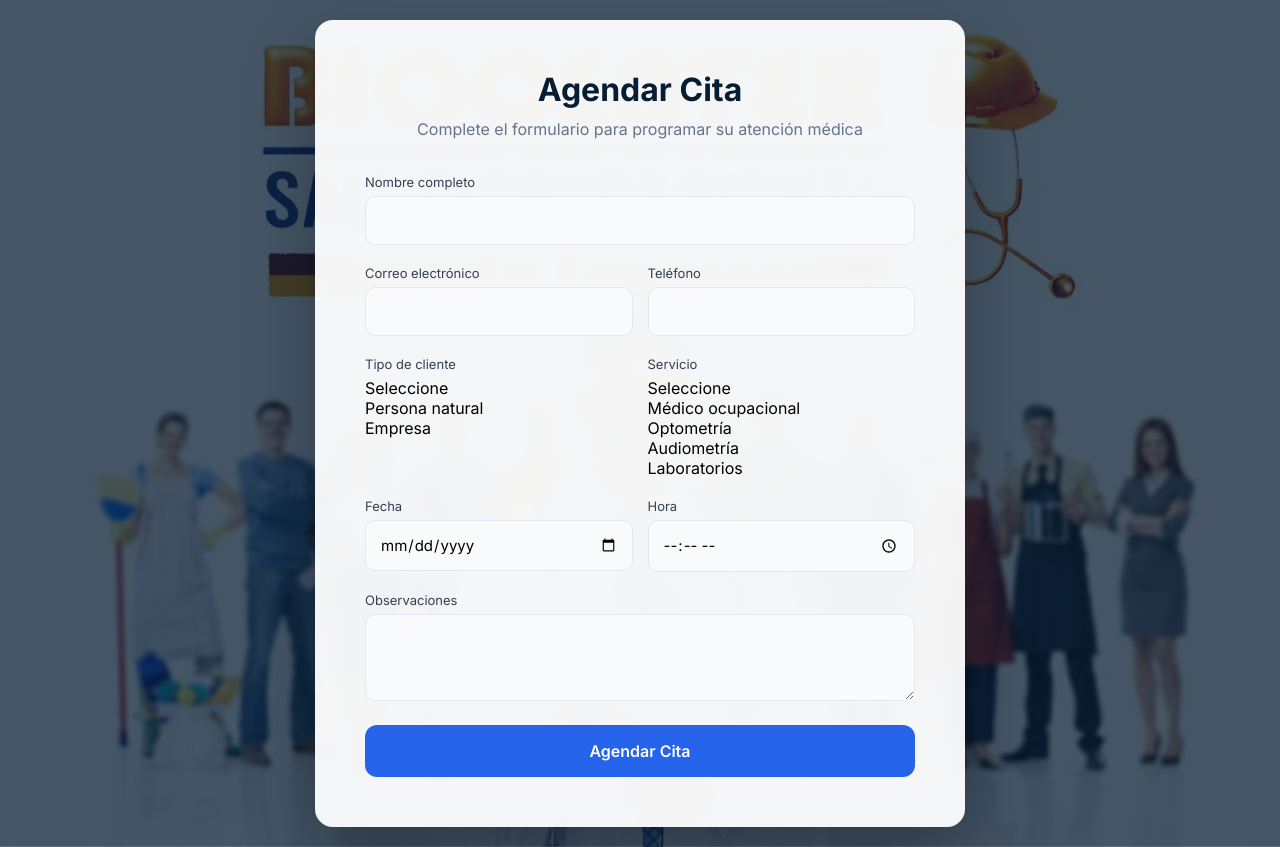
Repository: Miguelperdomo/Biocenter
Page: http://localhost/public_html/formulario.php
The author's editor kept a copy of each file at every save. The page is drawn from the files as they stood at one save, then again after the next save.
The browser window is 1280 px wide. The pictures show the whole page.
The page is run by PHP 8.4 with error messages shown; the project is at /var/www/html/.

Above is the page before, as saved 2026-02-17 12:19:42.

### formulario.php
<!DOCTYPE html>
<html lang="es">
<head>
<meta charset="UTF-8">
<meta name="viewport" content="width=device-width, initial-scale=1.0">
<title>Agendar Cita | Biocenter</title>

<link href="https://fonts.googleapis.com/css2?family=Inter:wght@300;400;600;700&display=swap" rel="stylesheet">

<style>

*{
    margin:0;
    padding:0;
    box-sizing:border-box;
    font-family:'Inter', sans-serif;
}

/* ===== BODY RESPONSIVE ===== */
body{
    min-height:100vh;
    display:flex;
    justify-content:center;
    align-items:center;
    padding:20px;

    background:
        linear-gradient(rgba(7,29,51,0.75), rgba(7,29,51,0.75)),
        url("./imagenes/imagen-nosotros1.jpeg");

    background-size:cover;
    background-position:center;
    background-repeat:no-repeat;
}

/* ===== TARJETA ===== */
.card{
    width:100%;
    max-width:650px;
    padding:50px;
    border-radius:18px;

    background:rgba(255,255,255,0.95);
    backdrop-filter:blur(6px);

    box-shadow:0 30px 70px rgba(0,0,0,.3);
}

/* ===== TITULOS ===== */
.card h1{
    text-align:center;
    margin-bottom:10px;
    color:#071d33;
}

.subtitle{
    text-align:center;
    margin-bottom:35px;
    color:#64748b;
}

/* ===== INPUTS ===== */
.input-group{
    margin-bottom:20px;
}

.input-group label{
    display:block;
    font-size:13px;
    margin-bottom:6px;
    color:#334155;
}

.input-group input,
.input-group select,
.input-group textarea{
    width:100%;
    padding:14px;
    border-radius:10px;
    border:1px solid #e2e8f0;
    background:#f8fafc;
    font-size:15px;
    transition:.3s;
}

.input-group input:focus,
.input-group select:focus{
    background:white;
    border-color:#2563eb;
    outline:none;
    box-shadow:0 0 0 3px rgba(37,99,235,.2);
}

/* ===== GRID ===== */
.grid{
    display:grid;
    grid-template-columns:1fr 1fr;
    gap:15px;
}

/* ===== BOTÓN ===== */
.btn{
    width:100%;
    padding:16px;
    border:none;
    border-radius:12px;
    background:#2563eb;
    color:white;
    font-size:16px;
    font-weight:600;
    cursor:pointer;
    transition:.3s;
}

.btn:hover{
    background:#1d4ed8;
    transform:translateY(-2px);
}

/* ===== RESPONSIVE ===== */
@media(max-width:768px){

    body{
        align-items:flex-start;
        padding-top:40px;
    }

    .card{
        padding:30px 20px;
    }

    .grid{
        grid-template-columns:1fr;
    }

}

</style>
</head>

<body>

<div class="card">

<h1>Agendar Cita</h1>
<p class="subtitle">Complete el formulario para programar su atención médica</p>

<form action="guardar_cita.php" method="POST">

<div class="input-group">
<label>Nombre completo</label>
<input type="text" name="nombre" required>
</div>

<div class="grid">

<div class="input-group">
<label>Correo electrónico</label>
<input type="email" name="correo" required>
</div>

<div class="input-group">
<label>Teléfono</label>
<input type="text" name="telefono" required>
</div>

</div>

<div class="grid">

<div class="input-group">
<label>Tipo de cliente</label>

<div class="custom-select" id="clienteSelect">
    <div class="select-box">Seleccione</div>

    <div class="options">
        <div data-value="Persona natural">Persona natural</div>
        <div data-value="Empresa">Empresa</div>
    </div>

    <input type="hidden" name="tipo_cliente">
</div>
</div>


<div class="input-group">
<label>Servicio</label>

<div class="custom-select" id="servicioSelect">
    <div class="select-box">Seleccione</div>

    <div class="options">
        <div data-value="Medico ocupacional">Médico ocupacional</div>
        <div data-value="Optometria">Optometría</div>
        <div data-value="Audiometria">Audiometría</div>
        <div data-value="Laboratorios">Laboratorios</div>
    </div>

    <input type="hidden" name="servicio">
</div>
</div>


</div>

<div class="grid">

<div class="input-group">
<label>Fecha</label>
<input type="date" name="fecha" required>
</div>

<div class="input-group">
<label>Hora</label>
<input type="time" name="hora" required>
</div>

</div>

<div class="input-group">
<label>Observaciones</label>
<textarea name="observaciones" rows="3"></textarea>
</div>

<button class="btn">Agendar Cita</button>

</form>

</div>

</body>
</html>

After the next save:
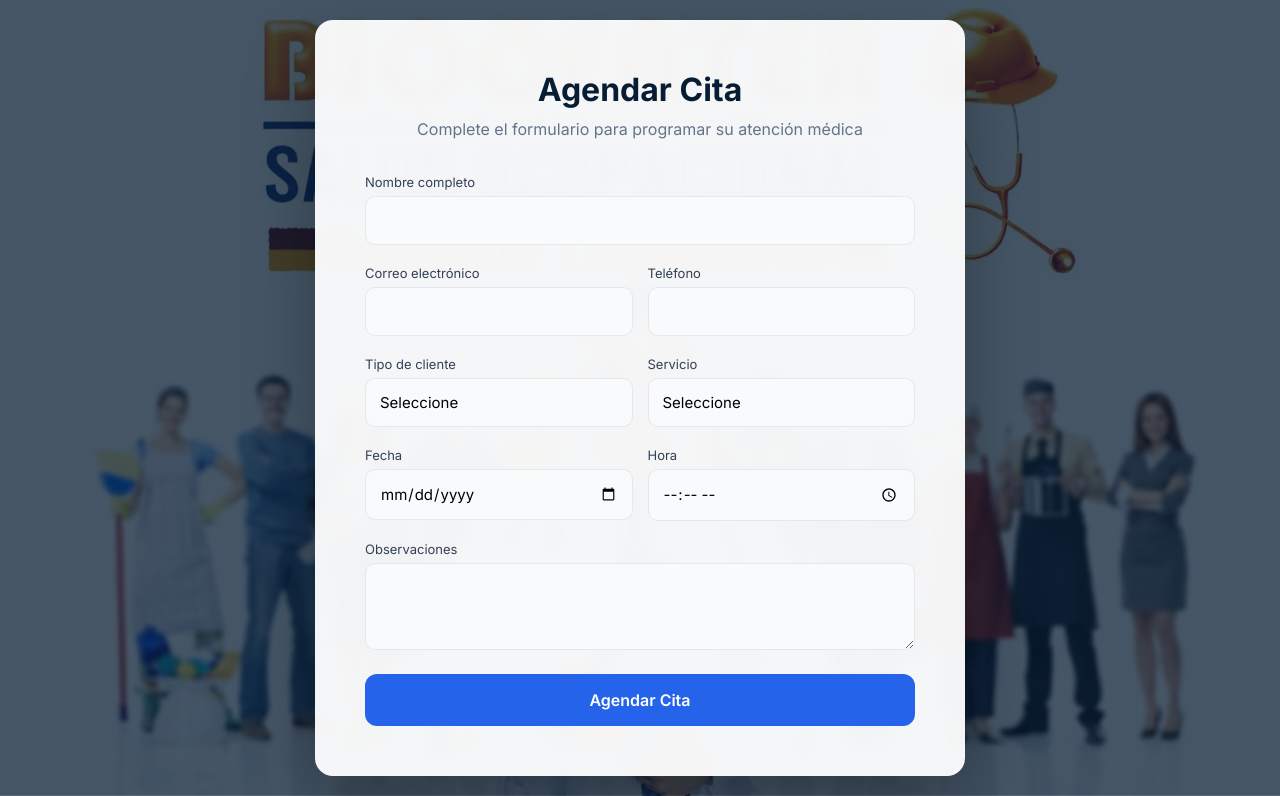
Saved 14 s later.
--- a/formulario.php
+++ b/formulario.php
@@ -117,6 +117,43 @@ body{
     transform:translateY(-2px);
 }
 
+.custom-select{
+    position:relative;
+    cursor:pointer;
+}
+
+.select-box{
+    padding:14px;
+    border-radius:10px;
+    border:1px solid #e2e8f0;
+    background:#f8fafc;
+    font-size:15px;
+}
+
+.options{
+    position:absolute;
+    width:100%;
+    background:white;
+    border-radius:10px;
+    box-shadow:0 10px 30px rgba(0,0,0,.2);
+    margin-top:5px;
+    display:none;
+    max-height:200px;
+    overflow:auto;
+    z-index:999;
+}
+
+.options div{
+    padding:12px;
+    transition:.2s;
+}
+
+.options div:hover{
+    background:#2563eb;
+    color:white;
+}
+
+
 /* ===== RESPONSIVE ===== */
 @media(max-width:768px){
 
